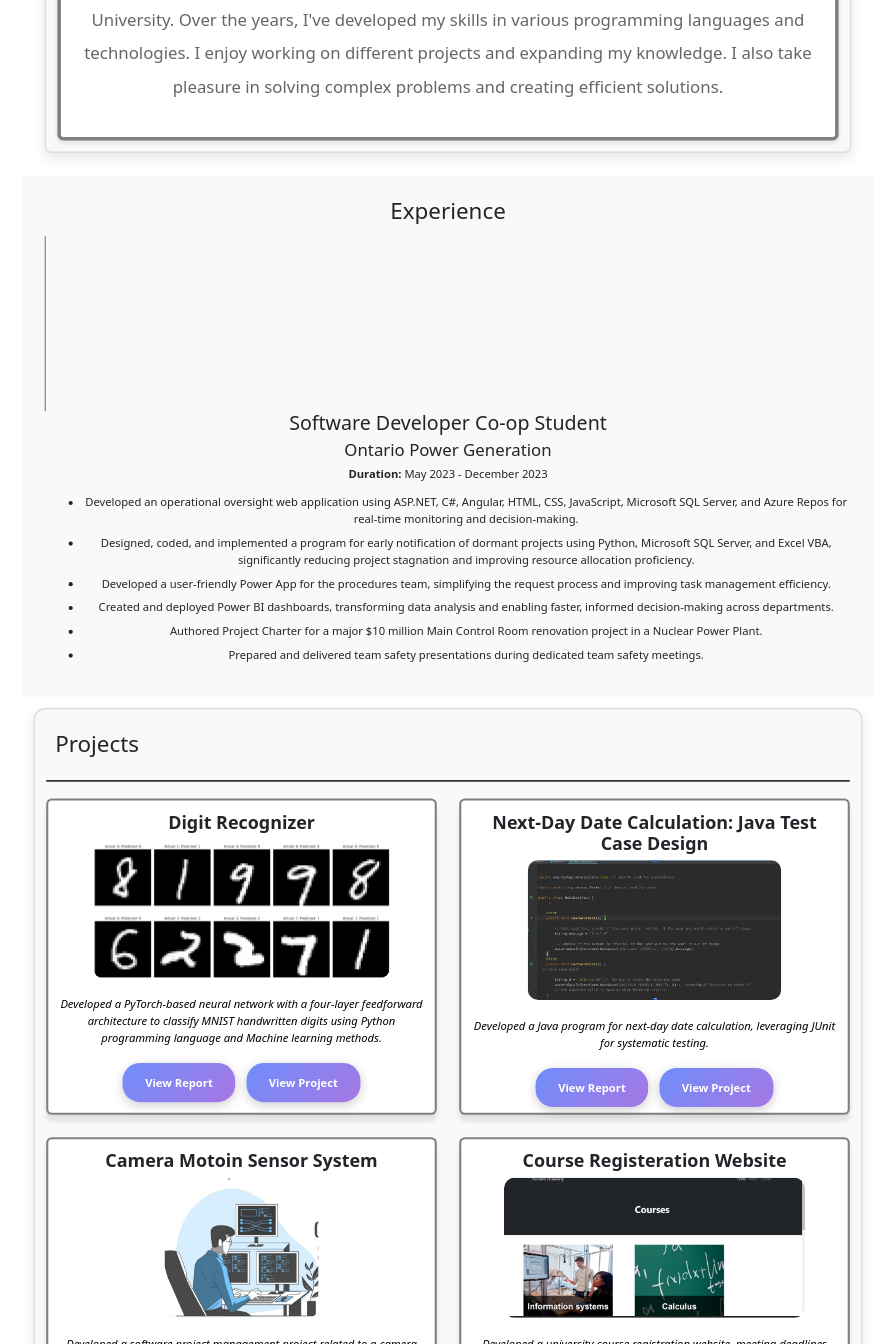
Repository: AkshatKapo/My-Portfolio
Page: /
The author's editor kept a copy of each file at every save. The page is drawn from the files as they stood at one save, then again after a run of saves.
The browser window is 1280 px wide. The pictures show the part of the page from y = 722 to 2642 px (the page is 3014 px tall before and 3002 px after), at 70% of full size.
The project was rebuilt for these pictures with package versions that can differ from the ones it lists, and the page was loaded fresh each time. Also part of the build but not shown: vite.config.js.

Above is the page before, as saved 2024-06-14 16:01:32.

After the next 2 saves:
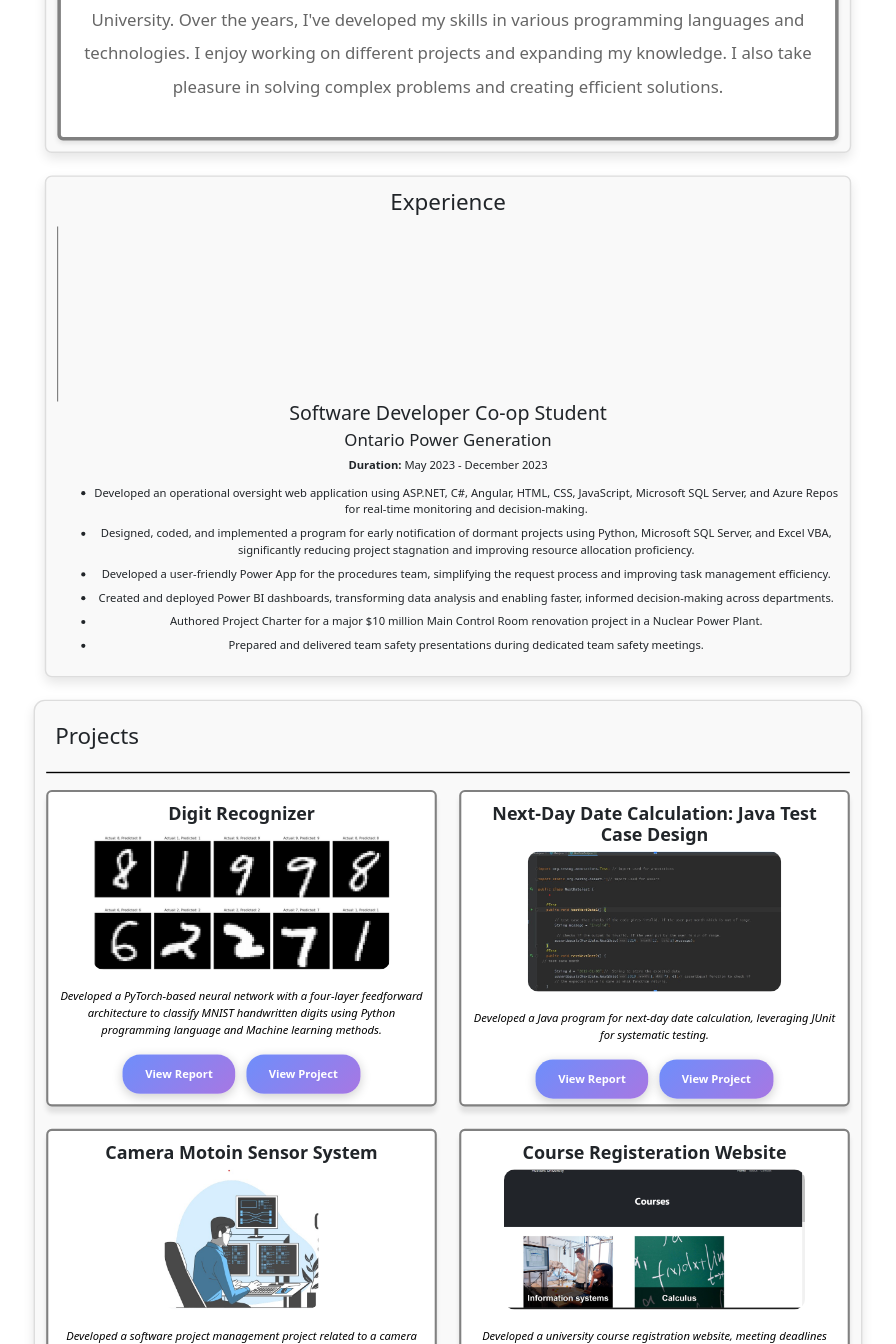
The 2 saves are shown as one change because they came seconds apart.
The last was saved 51 s later.
--- a/src/components/Experience.css
+++ b/src/components/Experience.css
@@ -1,7 +1,11 @@
 #experience {
-    padding: 2rem;
-    background-color: #f9f9f9;
-    text-align: center;
+  padding: 1rem;
+  display: flex;
+  background-color: #f9f9f9;
+  border: 2px solid #ddd; /* Light border */
+  border-radius: 10px; /* Rounded corners */
+  box-shadow: 0 8px 16px rgba(0, 0, 0, 0.1); /* Shadow for depth */
+  margin: 2rem; /* Margin to ensure it doesn’t touch the edges of the container */
   }
 
   #experience h2 {
